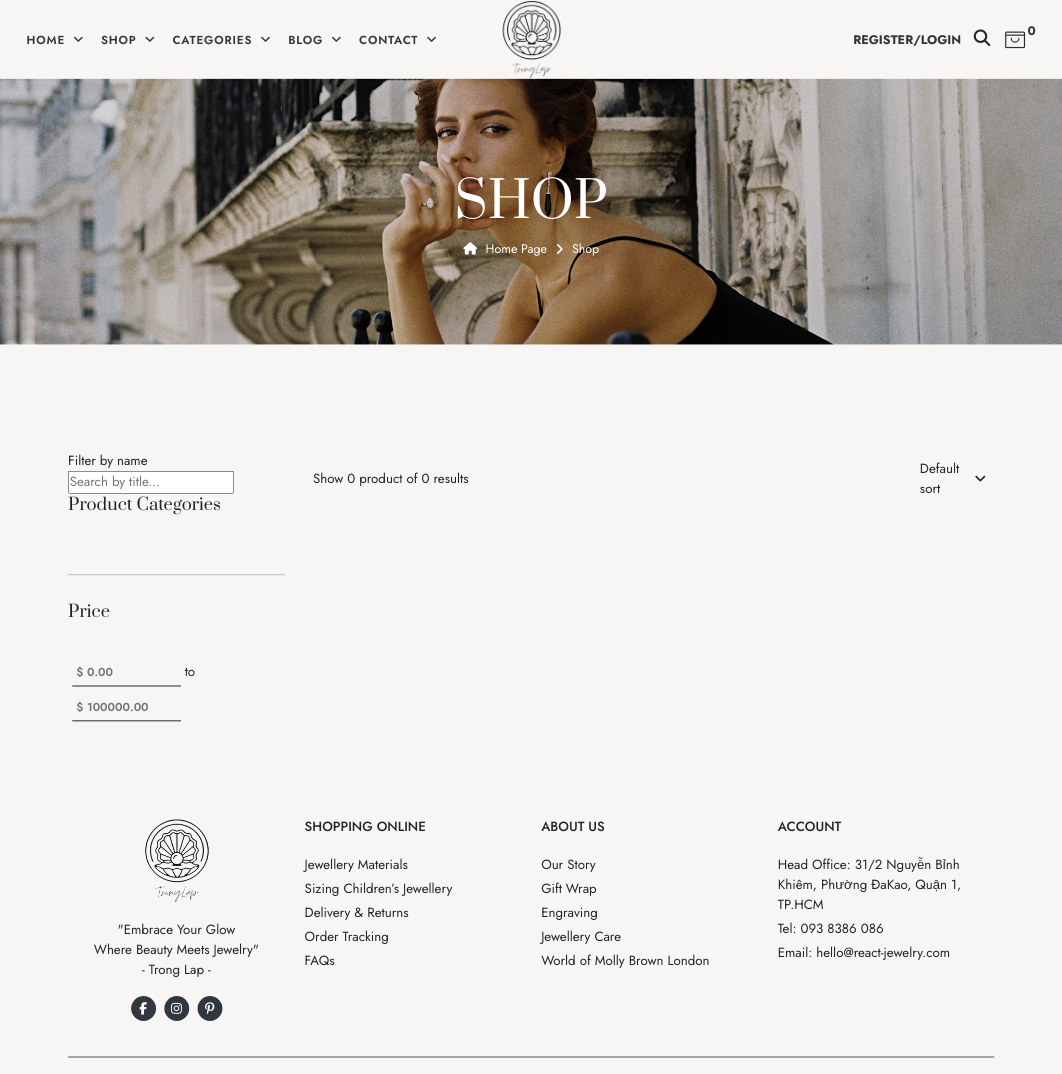
Repository: tronglap/react-jewelry
Page: /list-product
An editor plug-in stored every save of this project. The page is shown before and after the next save, followed by the edit.
The browser window is 1280 px wide. The pictures show the whole page, at 83% of full size.
The page's requests for data from a server got no answer. The project was rebuilt for these pictures with package versions that can differ from the ones it lists, and the page was loaded fresh each time. No one was signed in, and anything a server would have sent is missing. Also part of the build but not shown: src/component/Button/Button.css, src/component/Button/Button.js, src/component/SliderBar/SliderBar.css, src/component/SliderBar/SliderBar.js, src/component/Home/WWD/WWD.css, src/component/Home/WWD/WWD.js, src/component/Home/Home.css, src/component/Home/Categories/Categories.js and 14 more.

Above is the page before, as saved 2024-03-26 18:59:56.

### src/App.css
@import url('https://fonts.googleapis.com/css2?family=Jost:ital,wght@0,100..900;1,100..900&family=Prata&display=swap');


* {
    margin: 0;
    padding: 0;
    box-sizing: border-box;
}

img {
    width: 100%;
}

a {
    text-decoration: none;
}

ul {
    list-style: none;
    margin: 0;
    padding: 0;
}

body {
    font-family: "Jost", sans-serif;
    --seconddaryfont: "Prata";
    --color-primary: #daa14c;
    --color-secondary: #30373e;
    --color-text: #666;
    --color-accent: #30373e;
    --color-lighter: #888;
    --color-dark: #202020;
    --color-highlight: #ccc;
    --color-border: #e3e3e3;
    --color-background-light: #f8f6f4;
    --color-background-field: #DADADA20;
    background-color: #f8f6f4;
}

### src/component/Footer/Footer.css
.footer {
    margin-top: 10%;
    text-align: left;
    height: 40vh;
    border-bottom: 0.1px solid var(--color-secondary);
    margin-bottom: 20px;
}

.footer .logo {
    margin: 0 auto;
    width: 30%;
}

.footer .slogan {
    text-align: center;
    margin: 20px 0;
}

.footer .social-links {
    display: flex;
    gap: 10px;
    margin-top: 10px;
    justify-content: center;
}

.footer .social-links a {
    display: flex;
    align-items: center;
    justify-content: center;
    color: white;
    background-color: var(--color-secondary);
    border-radius: 50%;
    width: 30px;
    height: 30px;
    font-size: 20px;
    text-align: center;
    transition: 0.3s ease;
}

.footer .social-links a:hover {
    background-color: var(--color-primary);
}

::selection {
    color: white;
    background-color: var(--color-primary);
}

.footer ul {
    margin-top: 25px;
}

.footer ul li {
    margin-bottom: 5px;
    cursor: pointer;
    transition: 0.2s linear;
}

.footer ul li:hover {
    color: var(--color-primary)
}

### src/component/ListProduct/ListProduct.css
.ListProduct .box_product {
    margin-top: 10%;
}

.ListProduct .box_product .FBN {}

.ListProduct .box_product .FBN .filterbyname {}

.ListProduct .box_product .Product_Categories {
    font-size: 20px;
    font-family: 'Prata', sans-serif;
    font-weight: 400;
    line-height: 1.35;
    text-transform: capitalize;
    margin-bottom: 30px;
    padding-bottom: 10px;
}

.ListProduct .box_product .Categories {
    border-bottom: 1px solid rgba(128, 128, 128, 0.5);
    padding-bottom: 30px;
}

.ListProduct .box_product .Categories .diamonds {
    display: flex;
    width: 35%;
    justify-content: space-between;
    font-size: 18px;
    font-weight: 400;
    font-style: normal;
    text-rendering: optimizeLegibility;
    color: var(--color-text);
    line-height: 1.5;
    letter-spacing: 0;
    cursor: pointer;
    transition: 0.2s ease;
}

.ListProduct .box_product .Categories .diamonds:hover {
    color: var(--color-primary)
}

.ListProduct .box_product .FBP .filterbyprice {
    font-size: 20px;
    font-family: 'Prata', sans-serif;
    font-weight: 400;
    line-height: 1.35;
    text-transform: capitalize;
    margin-bottom: 30px;
    margin-top: 30px;
    padding-bottom: 10px;
}

.ListProduct .box_product .FBP input {
    width: 50%;
    padding: 5px;
    font-size: 14px;
    margin: 5px;
    font-weight: 600;
    text-transform: none;
    border: none;
    border-bottom: 1px solid black;
    outline: none;
    background-color: transparent;
}

input[type=number]::-webkit-inner-spin-button {
    -webkit-appearance: none;
}

.ListProduct .box_product .Cart_list {
    margin-bottom: 20px;
}

.ListProduct .box_product .sorting {
    display: flex;
    justify-content: space-between;
    align-items: center;
}

.ListProduct .box_product .sorting .Count_AP {
    display: flex;
    margin-bottom: 20px;
    padding: 10px;
}

.ListProduct .box_product .sort {
    display: flex;
    align-items: center;
    justify-content: space-between;
    width: 12%;
    margin-bottom: 20px;
    padding: 10px;
    position: relative;
    cursor: pointer;
}

.ListProduct .box_product .sort .sorts {
    background-color: whitesmoke;
    padding: 10px 10px;
    width: 150%;
    opacity: 0;
    visibility: hidden;
    top: 40px;
    left: 0;
    position: absolute;
    z-index: 999;
    transition: 0.3s ease-out;
}

.ListProduct .box_product .sort .sorts.active {
    visibility: visible;
    top: 50px;
    opacity: 1;
}

### src/component/Cart/Cart.css
.Cart .link_header {
    display: flex;
    justify-content: flex-start;
    align-items: center;
}

.Cart .link_header .Home,
.Cart .link_header .Shop {
    line-height: 24px;
    text-decoration: none;
    color: var(--color-text);
    font-weight: 400;
    font-size: 14px;
    transition: 0.2s ease;
}

.Cart .link_header .Shop {
    color: var(--color-primary)
}

.Cart .link_header .Home:hover,
.Cart .link_header .Home:hover i {
    color: var(--color-primary)
}

.Cart .link_header .Home i,
.Cart .link_header .icon i {
    margin-right: 10px;
    color: var(--color-text);
    transition: 0.2s ease;
    font-size: 13px;
}

.Cart .link_header .icon {
    display: flex;
    align-items: center;
    justify-content: center;
    margin: 0 10px;
}

.Cart .cart-product {
    display: none;
    margin-top: 10%;
    text-align: center;
}

.Cart .cart-product.active {
    display: block;
}

.Cart .noti.active {
    display: none;
}

.Cart .cart-product .title {
    color: var(--color-secondary);
    font-weight: 600;
    text-transform: uppercase;
}

.Cart .cart-product .quantity {
    display: flex;
    align-items: center;
    justify-content: space-between;
    border: 1px solid #e3e3e3;

}

.Cart .cart-product .quantity input {
    padding: 13px 0;
    font-size: 14px;
    font-weight: 600;
    text-align: center;
    margin: 0 auto;
    outline: none;
    background-color: transparent;
    border: none;
    width: 50%;
}

.Cart .cart-product .quantity button {
    padding: 5px 10px 5px 10px;
    border: none;
    background-color: transparent;
    transition: 0.5s linear;
    border-radius: 50%;
    outline: none;
}

.Cart .cart-product .quantity button:active {
    background-color: rgba(128, 128, 128, 0.5)
}

p {
    margin: 0;
}

.Cart .cart-product .bill {
    text-align: left;
    padding: 30px 30px 40px;
    position: relative;
    background-color: #F8F6F4;
    border: 6px solid #E3E3E3;
    border-radius: 5px;
    color: var(--color-secondary)
}

.Cart .cart-product .bill .cart-total h2 {
    font-size: 28px;
    font-family: 'Prata', sans-serif;
    margin-bottom: 15px;
    font-weight: 400;
}

.Cart .cart-product .bill .total-product,
.Cart .cart-product .bill .total {
    display: flex;
    justify-content: space-between;
    align-items: center;
    font-size: 18px;
    padding: 1em 0;
}

.Cart .cart-product .bill .total {
    margin: 10% 0
}

.Cart .cart-product .bill .total .price {
    font-size: 24px;
    color: var(--color-primary);
    font-weight: 600;
}

.Cart .cart-product .bill .proceed-to-checkout {
    outline: none;
    text-align: center;
}

.Cart .cart-product .bill .proceed-to-checkout .btn-proceed .shop-now {
    margin: 0;
    text-transform: uppercase;
    width: 100%;
    font-weight: 600;
    font-size: 13px;
}

.Cart .cart-product .bill .proceed-to-checkout .btn-proceed .shop-now:hover {
    box-shadow: inset 350px 0 0 0 var(--color-primary);
}

### src/component/Home/Categories/Categories.css
img {
    width: 100%;
}

.icon_cate {
    display: flex;
    gap: 20px;
    margin: 10% 0;
    justify-content: center;
    align-items: center;
}

.icon_cate .icon1,
.icon_cate .icon2,
.icon_cate .icon3 {
    text-align: center;
}

.icon_cate .icon1 .img_icon,
.icon_cate .icon2 .img_icon,
.icon_cate .icon3 .img_icon {
    display: flex;
    justify-content: center;
    margin-bottom: 15px;
}

.icon_cate .icon1 .img_icon .thumb,
.icon_cate .icon2 .img_icon .thumb,
.icon_cate .icon3 .img_icon .thumb {
    width: 25%;
    border-radius: 50%;
    padding: 20px;
    transition: 0.2s ease;
}

.icon_cate .icon1:hover .img_icon .thumb,
.icon_cate .icon2:hover .img_icon .thumb,
.icon_cate .icon3:hover .img_icon .thumb {
    background: var(--color-primary)
}

.icon_cate .icon1 .title,
.icon_cate .icon2 .title,
.icon_cate .icon3 .title {
    font-size: 24px;
    font-family: 'Prata', sans-serif;
    letter-spacing: .3px;
    color: var(--color-secondary);
    margin-bottom: 15px;
    transition: 0.2s ease;
}

.icon_cate .icon1:hover .title,
.icon_cate .icon2:hover .title,
.icon_cate .icon3:hover .title {
    color: var(--color-primary)
}

.icon_cate .icon1 .desc,
.icon_cate .icon2 .desc,
.icon_cate .icon3 .desc {
    width: 60%;
    margin: 0 auto;
}

.cate {
    overflow: hidden;
}

.cate .right .diamond {
    overflow: hidden;
}

.cate .right {
    display: flex;
    flex-wrap: wrap;
    gap: 5%;
}

.cate .necklaces,
.cate .right .diamond,
.cate .right .earrings,
.cate .right .rings {
    position: relative;
    transition: 0.5s ease;
}

.cate .necklaces::after,
.cate .right .diamond::after,
.cate .right .earrings::after,
.cate .right .rings::after {
    content: "";
    display: block;
    opacity: 0;
    width: 100%;
    height: 200px;
    background: linear-gradient(to top, rgba(0, 0, 0, 0.3), rgba(0, 0, 0, 0));
    bottom: -100px;
    position: absolute;
    transition: 0.5s ease;
    z-index: 0;
}

.cate .necklaces:hover::after,
.cate .right .diamond:hover::after,
.cate .right .earrings:hover::after,
.cate .right .rings:hover::after {
    opacity: 1;
    bottom: 0;
}

.cate .necklaces::before,
.cate .right .diamond::before,
.cate .right .earrings::before,
.cate .right .rings::before {
    content: "";
    opacity: 0;
    width: 100%;
    height: 50px;
    font-family: 'Prata', sans-serif;
    font-size: 35px;
    color: white;
    text-align: center;
    bottom: -50px;
    position: absolute;
    transition: 0.5s ease;
    z-index: 1;
}

.cate .necklaces:hover::before {
    content: "Necklaces";
    opacity: 1;
    bottom: 20px;
}

.cate .right .diamond:hover::before {
    content: "Diamond";
    opacity: 1;
    bottom: 20px;
}

.cate .right .earrings:hover::before {
    content: "Earrings";
    opacity: 1;
    bottom: 20px;
}

.cate .right .rings:hover::before {
    content: "Rings";
    opacity: 1;
    bottom: 20px;
}

### src/component/Header/Header.css
.nav {
    display: flex;
    justify-content: space-between;
    padding: 10px 50px;
    position: absolute;
    background-color: rgba(255, 255, 255, 0);
    color: var(--color-secondary);
    z-index: 1;
    width: 100%;
}

svg {
    margin-top: 0px;
}

path {
    fill: black;
    stroke: black;
    stroke-width: 2px;
    transition: 0.2s linear;
}



.nav .left,
.nav .mid,
.nav .right {
    display: flex;
    align-items: center;
    justify-content: center;
    width: 10%;
}

.nav .right .register a {
    color: var(--color-secondary);
    text-transform: uppercase;
    font-weight: bold;
    font-size: 15px;
    transition: 0.2s linear;
}

.nav .right .register a:hover {
    color: var(--color-primary)
}

.nav .right .cart {
    display: flex;
    justify-content: center;
    align-items: center;
    margin-left: 15px;
    cursor: pointer;
}


.nav .right .cart:hover svg path {
    fill: var(--color-primary);
    stroke: var(--color-primary);
    stroke-width: 2px;
}

.nav .right .cart:hover .count {
    color: var(--color-primary)
}

.nav .right .cart .count {
    font-weight: bold;
    font-size: 15px;
    margin-bottom: 20px;
    transition: 0.2s linear;
    color: var(--color-secondary)
}


.nav .left .bar {
    display: flex;
    justify-content: center;
    align-items: center;
    cursor: pointer;
    position: relative;
    color: transparent;
}

.nav .left .bar .line1 {
    display: block;
    width: 20px;
    height: 2px;
    background-color: var(--color-secondary);
    top: 5px;
    left: 0;
    position: absolute;
    border-radius: 5px;
    transition: 0.1s linear;
}

.nav .left .bar .line2 {
    display: block;
    width: 15px;
    height: 2.5px;
    background-color: var(--color-secondary);
    top: 10px;
    left: 0;
    position: absolute;
    transition: 0.1s linear;
    border-radius: 5px;
}

.nav .left .bar .line3 {
    display: block;
    width: 20px;
    height: 2.5px;
    background-color: var(--color-secondary);
    top: 15px;
    left: 0;
    position: absolute;
    border-radius: 5px;
    transition: 0.1s linear;
}

.nav .left .bar:hover .line1,
.nav .left .bar:hover .line2,
.nav .left .bar:hover .line3 {
    background-color: var(--color-primary)
}

.nav .left .bar:hover .line2 {
    width: 20px;
}

.nav .left .search {
    display: flex;
    justify-content: center;
    align-items: center;
    cursor: pointer;
    transition: 0.2s ease;
}

.nav .left .search:hover {
    color: var(--color-primary)
}

.nav .left .search p {
    text-transform: uppercase;
    font-size: 10px;
    font-weight: bold;
    margin: 0;
}

.nav .left .search i {
    margin-right: 5px;
    font-size: 20px;
}

.nav .mid .logo {
    width: 30%;
}

/*------------------------------------*/

/*  {
    display: none;
    top: 0;
    left: 0;
    width: 100%;
    background-color: rgba(0, 0, 0, 0.5);
    position: absolute;
}

.active {
    display: block;
} */

.NavBar {
    opacity: 0;
    pointer-events: none;
    top: 0;
    left: -200px;
    width: 30%;
    height: 100vh;
    padding: 20px;
    transition: 0.3s linear;
    background-color: white;
    position: absolute;

}

.NavBar.active {
    pointer-events: visible;
    opacity: 1;
    left: 0;
}

.NavBar .icon_close {
    margin-bottom: 5%;
    cursor: pointer;
    position: relative;
}


.NavBar .icon_close .icon .line1 {
    width: 20px;
    height: 2px;
    top: 10px;
    right: 0;
    border-radius: 5px;
    background-color: black;
    transition: 0.3s ease;
    transform: rotate(45deg);
    position: absolute;
}

.NavBar .icon_close .icon .line2 {
    width: 20px;
    height: 2px;
    top: 10px;
    right: 0;
    border-radius: 5px;
    background-color: black;
    transition: 0.3s ease;
    transform: rotate(-45deg);
    position: absolute;
}

.NavBar .icon_close .icon:hover .line1,
.NavBar .icon_close .icon:hover .line2 {
    transform: rotate(0);
    height: 3.5px;
    background-color: var(--color-primary)
}

.NavBar .icon_close .Menu {
    color: var(--color-secondary);
    text-transform: uppercase;
    text-align: left;
    font-size: 14px;
    font-weight: 500;
    line-height: 20px;
    position: relative;
}

.NavBar .icon_close .Menu::after {
    content: "";
    display: block;
    margin-top: 20%;
    width: 100%;
    height: 2px;
    background-color: var(--color-primary);
    position: absolute;
}

.NavBar .Home,
.NavBar .Shop,
.NavBar .Categories,
.NavBar .Blog,
.NavBar .Contact {
    display: flex;
    justify-content: space-between;
    align-items: center;
    font-weight: 400;
    font-size: 14px;
    color: var(--color-secondary);
    padding: 15px 0px;
    transition: 0.1s linear;
    cursor: pointer;
}

.NavBar .Home i,
.NavBar .Shop i,
.NavBar .Categories i,
.NavBar .Blog i,
.NavBar .Contact i {
    font-size: 15px;
    transition: 0.3s ease;
}

.NavBar .Home:hover,
.NavBar .Shop:hover,
.NavBar .Categories:hover,
.NavBar .Blog:hover,
.NavBar .Contact:hover {
    color: var(--color-primary)
}

.NavBar .Home.active i,
.NavBar .Shop.acive i,
.NavBar .Categories.active i,
.NavBar .Blog.active i,
.NavBar .Contact.active i {
    transform: rotate(90deg);
}

### src/component/Header/HeaderMain/Header.css
svg {
    margin-top: 0px;
}

path {
    fill: black;
    stroke: black;
    stroke-width: 2px;
    transition: 0.2s linear;
}

.HeaderMain {
    display: flex;
    justify-content: space-between;
    align-items: center;
    padding: 0 20px;
}

.HeaderMain .left {
    display: flex;
    gap: 20px;
    width: 40%;
}

.HeaderMain .left .Home,
.HeaderMain .left .Shop,
.HeaderMain .left .Categories,
.HeaderMain .left .Blog,
.HeaderMain .left .Contact {
    display: flex;
    justify-content: space-between;
    align-items: center;
    text-transform: uppercase;
    line-height: 1.2857142857;
    font-weight: 600;
    font-size: 14px;
    color: var(--color-secondary);
    letter-spacing: 1px;
    transition: 0.2s ease;
}

.HeaderMain .left .Home:hover,
.HeaderMain .left .Shop:hover,
.HeaderMain .left .Categories:hover,
.HeaderMain .left .Blog:hover,
.HeaderMain .left .Contact:hover {
    color: var(--color-primary);
}


.HeaderMain .left .Home i,
.HeaderMain .left .Shop i,
.HeaderMain .left .Categories i,
.HeaderMain .left .Blog i,
.HeaderMain .left .Contact i {
    margin-left: 10px;
}

.HeaderMain .mid {
    display: flex;
    justify-content: center;
    width: 20%;
}

.HeaderMain .mid .thumb {
    width: 30%;
}

.HeaderMain .right {
    display: flex;
    align-items: center;
    justify-content: right;
    width: 40%;
}

.HeaderMain .right .register a {
    color: var(--color-secondary);
    text-transform: uppercase;
    font-weight: bold;
    font-size: 15px;
    transition: 0.2s linear;
}

.HeaderMain .right .register a:hover {
    color: var(--color-primary)
}

.HeaderMain .right .search {
    transition: 0.2s ease;
}

.HeaderMain .right .search i {
    font-size: 20px;
    margin-left: 15px;
}

.HeaderMain .right .search:hover {
    color: var(--color-primary)
}

.HeaderMain .right .cart {
    display: flex;
    justify-content: center;
    align-items: center;
    margin-left: 15px;
    cursor: pointer;
}


.HeaderMain .right .cart:hover svg path {
    fill: var(--color-primary);
    stroke: var(--color-primary);
    stroke-width: 2px;
}

.HeaderMain .right .cart:hover .count {
    color: var(--color-primary)
}

.HeaderMain .right .cart .count {
    font-weight: bold;
    font-size: 15px;
    margin-bottom: 20px;
    transition: 0.2s linear;
    color: var(--color-secondary)
}

### src/component/ListProduct/Banner/Banner.css
.Banner {
    position: relative;
}

.Banner::after {
    content: "";
    display: block;
    width: 100%;
    height: 100%;
    background-color: rgba(0, 0, 0, 0.5);
}

.Banner .content {
    text-align: center;
    width: 100%;
    top: 50%;
    transform: translateY(-50%);
    position: absolute;
    z-index: 999;

}

.Banner .content .title {
    font-size: 60px;
    font-family: 'Prata', sans-serif;
    color: white;
}

.Banner .content .link_header {
    display: flex;
    justify-content: center;
    align-items: center;
}

.Banner .content .link_header .Home,
.Banner .content .link_header .Shop {
    text-decoration: none;
    color: white;
    font-weight: 400;
    font-size: 15px;
    transition: 0.2s ease;
}

.Banner .content .link_header .Home:hover,
.Banner .content .link_header .Home:hover i {
    color: var(--color-primary)
}

.Banner .content .link_header .Home i,
.Banner .content .link_header .icon {
    margin-right: 10px;
    color: white;
    transition: 0.2s ease
}

.Banner .content .link_header .icon {
    display: flex;
    align-items: center;
    justify-content: center;
    margin: 0 10px;
}

### src/component/CardProduct/CartProduct.css
img {
    width: 100%;
}

.Card_item {
    margin: 0 5px;
    text-align: center;
    position: relative;
    width: 100%;
    text-align: center;
    overflow: hidden;
}

.Card_item .thumb {
    display: block;
    position: relative;
    transition: 0.5s linear;
    overflow: hidden;
    width: 290px;
}

.Card_item .thumb:hover {
    border-radius: 49% 49% 0 0;
}

.Card_item .thumb img {
    transition: 0.5s ease;
    position: relative;
}

.Card_item .thumb img:first-child {
    opacity: 1;
    transition: 0.3s linear;

}

.Card_item .thumb:hover img:first-child {
    opacity: 0;
}

.Card_item .thumb img:last-child {
    opacity: 0;
    position: absolute;
    top: 0;
    left: 0;
    transition: 0.3s linear;
}

.Card_item .thumb:hover img:last-child {
    opacity: 1;
    display: block;
    transform: scale(1.2);
}

.Card_item .sale {
    display: none;
    width: 50px;
    height: 20px;
    color: white;
    padding: 2.5px 10px;
    font-weight: bold;
    font-size: 10px;
    top: 10px;
    left: 10px;
    background-color: var(--color-primary);
    position: absolute;
    transition: 0.2s linear;
    z-index: 999;
}

.Card_item .sale.active {
    display: block;
}

.Card_item:hover .sale.active {
    display: none;
}

.Card_item .info {
    margin-top: 10px;
}

.Card_item .info .cate {
    color: var(--color-primary);
    text-transform: uppercase;
    font-size: 12px;
    font-weight: 500;
    line-height: 1.35;
}

.Card_item .info .name {
    font-size: 20px;
    color: var(--color-secondary);
    text-transform: capitalize;
    transition: 0.2s ease;
}

.Card_item .info .name:hover {
    color: var(--color-primary)
}

.Card_item .info .material {
    color: var(--color-text);
    text-transform: capitalize;
    font-size: 14px
}

.Card_item .info .price .discount {
    font-weight: 700;
    color: var(--color-secondary)
}

.Card_item .info .price .cost {
    color: var(--color-secondary);
    font-weight: 500;
    text-decoration: line-through;
    font-size: 14px;
}

.Card_item .info .price .discount.active {
    display: none;
}

.Card_item .info .price .cost.active {
    font-weight: 700;
    color: var(--color-secondary);
    text-decoration: none;
    font-size: 16px;
}

### src/component/CardNews/CardNews.css
img {
    width: 100%;
}

.Card_news {
    width: 90%;
    margin: 0 auto;
    cursor: pointer;
}

.Card_news .thumb {
    margin-bottom: 3%;
    overflow: hidden;
}

.Card_news .thumb img {
    transition: 0.3s linear;
}

.Card_news .thumb:hover img {
    transform: scale(1.1);
}

.Card_news .infor {
    text-align: center;
}

.Card_news .infor .date p {
    font-size: 14px;
    text-transform: capitalize;
    color: var(--color-lighter);
    transition: 0.5s ease
}

.Card_news .infor .date p:hover {
    color: var(--color-primary)
}

.Card_news .infor .title h4 {
    display: -webkit-box;
    -webkit-box-orient: vertical;
    -webkit-line-clamp: 1;
    overflow: hidden;
    transition: 0.3s ease;
}

.Card_news .infor .title h4:hover {
    color: var(--color-primary)
}

.Card_news .infor .content p {
    display: -webkit-box;
    -webkit-box-orient: vertical;
    -webkit-line-clamp: 3;
    overflow: hidden;
    color: var(--color-text)
}

.Card_news .infor .view {
    color: var(--color-dark);
    font-weight: bold;
    font-size: 13px;
    font-weight: 600;
    line-height: 1.3;
    text-transform: uppercase;
    transition: 0.3s linear;
    margin-top: 12%;
}

.Card_news .infor .view:hover {
    color: var(--color-primary)
}

@keyframes zoom_news {
    0% {
        transform: scale(1);
    }

    100% {
        transform: scale(1.1);
    }
}

Loaded but not shown: public/index.html (common file); src/index.js (common file); src/index.css (common file); src/reportWebVitals.js (common file); src/component/ListProduct/ListProduct.js (188 lines, source omitted); src/component/Header/HeaderMain/Header.js (74 lines, source omitted); src/component/Footer/Footer.js (69 lines, source omitted); src/App.js (36 lines, source omitted); src/UseContext.js (36 lines, source omitted); src/component/ListProduct/Banner/Banner.js (31 lines, source omitted); src/UseFetch.js (26 lines, source omitted); src/component/AutoTop/AutoTop.js (15 lines, source omitted)

After the next save:
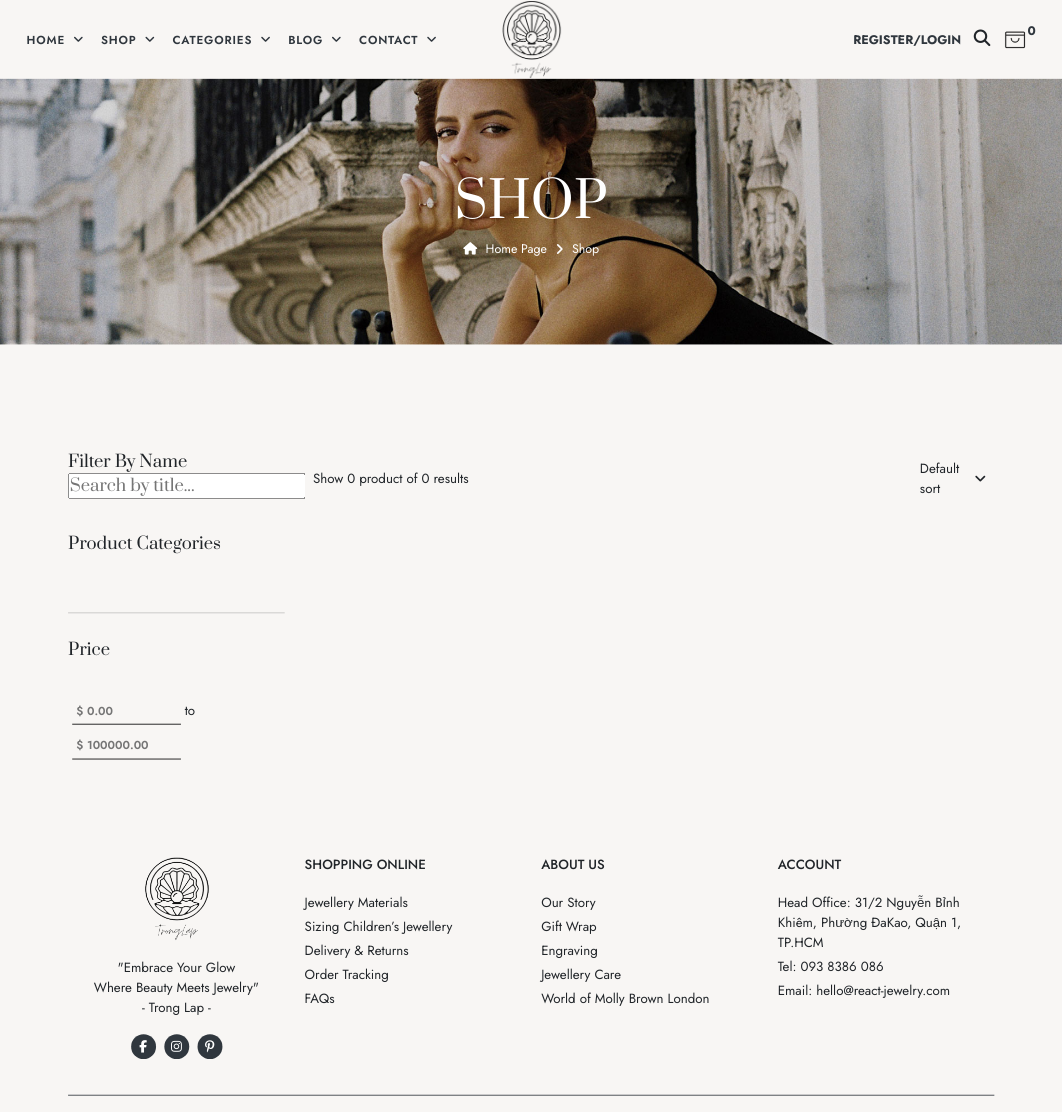
Saved 6 s later.
--- a/src/component/ListProduct/ListProduct.css
+++ b/src/component/ListProduct/ListProduct.css
@@ -2,7 +2,15 @@
     margin-top: 10%;
 }
 
-.ListProduct .box_product .FBN {}
+.ListProduct .box_product .FBN {
+    font-size: 20px;
+    font-family: 'Prata', sans-serif;
+    font-weight: 400;
+    line-height: 1.35;
+    text-transform: capitalize;
+    margin-bottom: 30px;
+    padding-bottom: 10px;
+}
 
 .ListProduct .box_product .FBN .filterbyname {}
 
